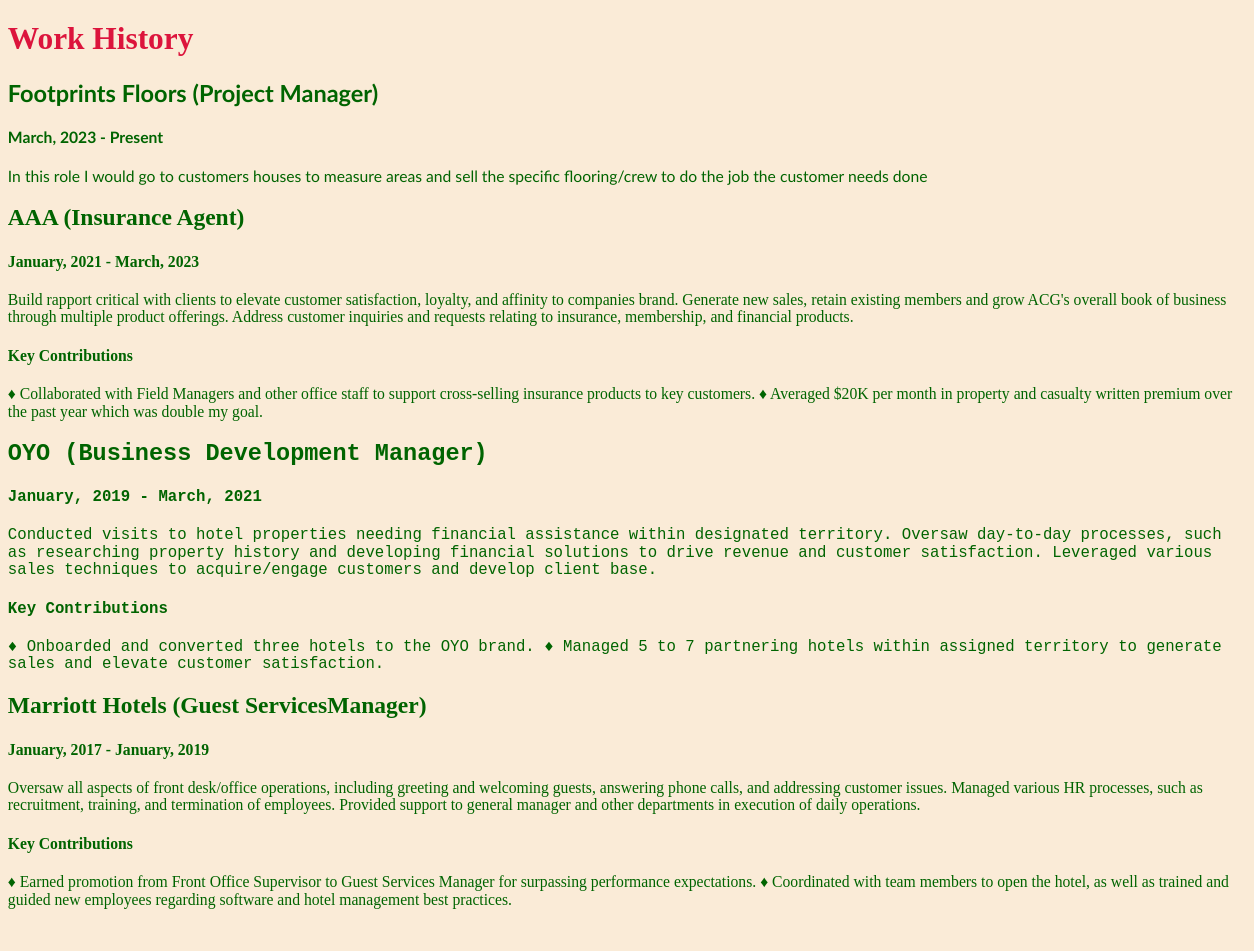
Repository: TEazy2433/LAB-HTML-Resume
Page: index.html
The author's editor kept a copy of each file at every save. The page is drawn from the files as they stood at one save, then again after the next save.
The browser window is 1280 px wide. The pictures show the whole page, at 98% of full size.

Above is the page before, as saved 2023-10-11 20:27:44.

### index.html
<!DOCTYPE html>
<html lang="en">
<head>
  <meta charset="UTF-8">
  <meta name="viewport" content="width=device-width, initial-scale=1.0">
  <title>Resume</title>
  <link rel="stylesheet" href="main.css">
  </head>
  <body>

  <script src="main.js"></script>
  </body>
  </html><html></html>
    </head>
      <title>Work History</title>
    </head>
    <body>
      <h1>Work History</h1>
      <article id="articleOne">
        <h2>Footprints Floors (Project Manager)</h2>
        <h4>March, 2023 - Present</h4>
        <section>
          <p>In this role I would go to customers houses to measure areas and sell the specific flooring/crew to do the job the customer needs done</p>
        </section>
      </article>

      <article id="articleTwo">
        <h2>AAA (Insurance Agent)</h2>
        <h4>January, 2021 - March, 2023</h4>
        <section>
          <p>Build rapport critical with clients to elevate customer satisfaction, loyalty, and affinity to companies brand. Generate new sales, retain existing members and grow ACG's overall book of business through multiple product offerings. Address customer inquiries and requests relating to insurance, membership, and financial products.</p>

          <h4>Key Contributions</h4>
          <P>♦ Collaborated with Field Managers and other office staff to support cross-selling insurance products to key customers.
            ♦ Averaged $20K per month in property and casualty written premium over the past year which was double my goal.</P>
        </section>
      </article>

      <article id="articleThree">
        <h2>OYO (Business Development Manager)</h2>
        <h4>January, 2019 - March, 2021</h4>
        <section>
          <p>Conducted visits to hotel properties needing financial assistance within designated territory. Oversaw day-to-day processes, such as researching property history and developing financial solutions to drive revenue and customer satisfaction. Leveraged various sales techniques to acquire/engage customers and develop client base.</p>

          <h4>Key Contributions</h4>
          <P>♦ Onboarded and converted three hotels to the OYO brand.
            ♦ Managed 5 to 7 partnering hotels within assigned territory to generate sales and elevate customer satisfaction.</P>
        </section>
      </article>

      <article id="articleFour">
        <h2>Marriott Hotels (Guest ServicesManager)</h2>
        <h4>January, 2017 - January, 2019</h4>
        <section>
          <p>Oversaw all aspects of front desk/office operations, including greeting and welcoming guests, answering phone calls, and addressing customer issues. Managed various HR processes, such as recruitment, training, and termination of employees. Provided support to general manager and other departments in execution of daily operations.</p>

          <h4>Key Contributions</h4>
          <P>♦ Earned promotion from Front Office Supervisor to Guest Services Manager for surpassing performance expectations.
            ♦ Coordinated with team members to open the hotel, as well as trained and guided new employees regarding software
            and hotel management best practices.</P>
        </section>
      </article>


    </body>

### main.css
body{
  background-color: antiquewhite;
}

h1{
  color: crimson;

}

h2{
  color: darkgreen;
}

p{
  color:darkgreen
}

h4{
  color:darkgreen
}

h5{
  color: darkgreen;
}

#articleOne{
  font-family: 'Gill Sans', 'Gill Sans MT', Calibri, 'Trebuchet MS', sans-serif;
}

#articleTwo{
  font-family: cursive;
}

#articleThree{
  font-family: 'Courier New', Courier, monospace;
}

#articleFour{
  font-family: fantasy;
}

### main.js
console.log("Resume");

After the next save:
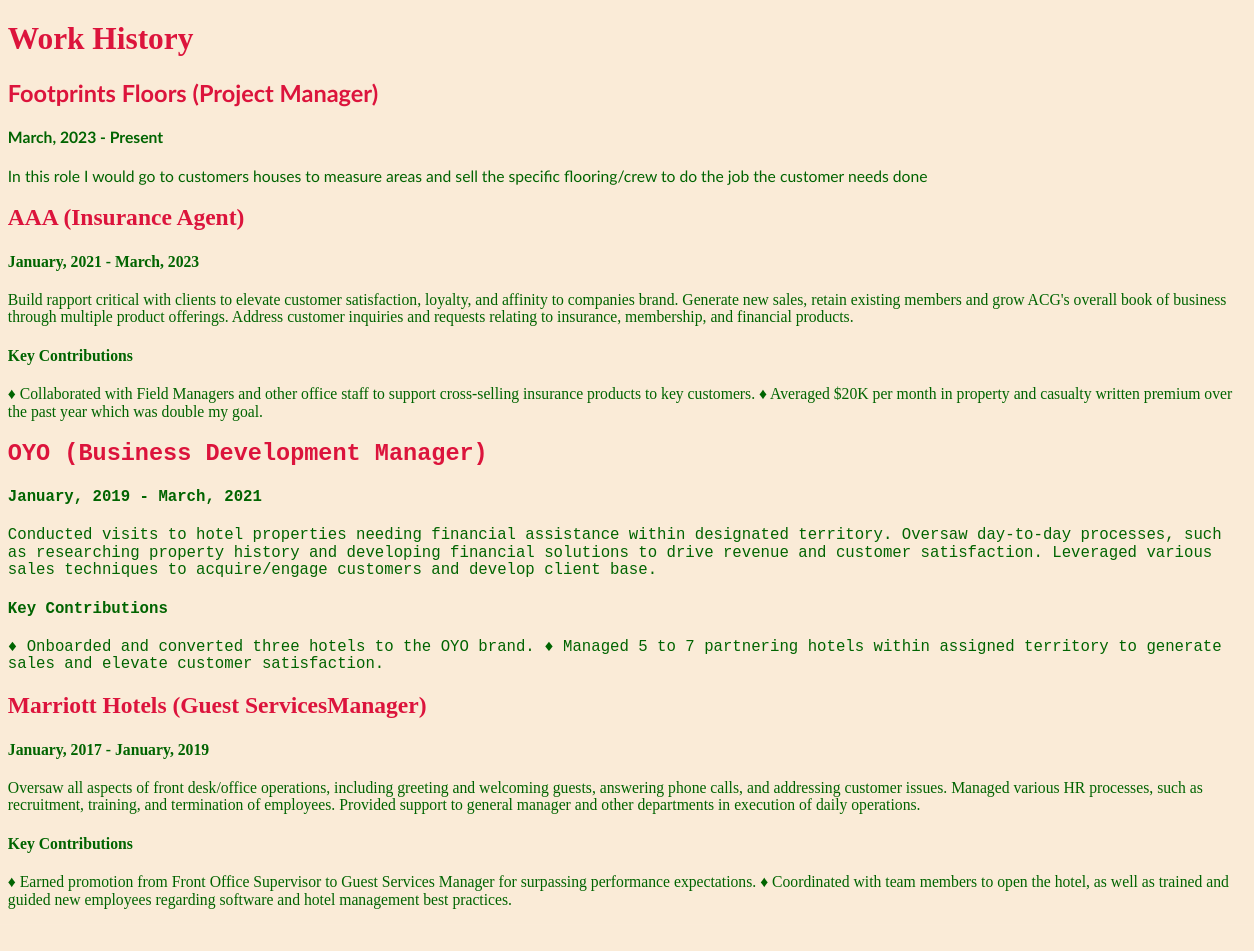
Saved 14 s later.
--- a/main.css
+++ b/main.css
@@ -8,7 +8,7 @@
 }
 
 h2{
-  color: darkgreen;
+  color: crimson;
 }
 
 p{
